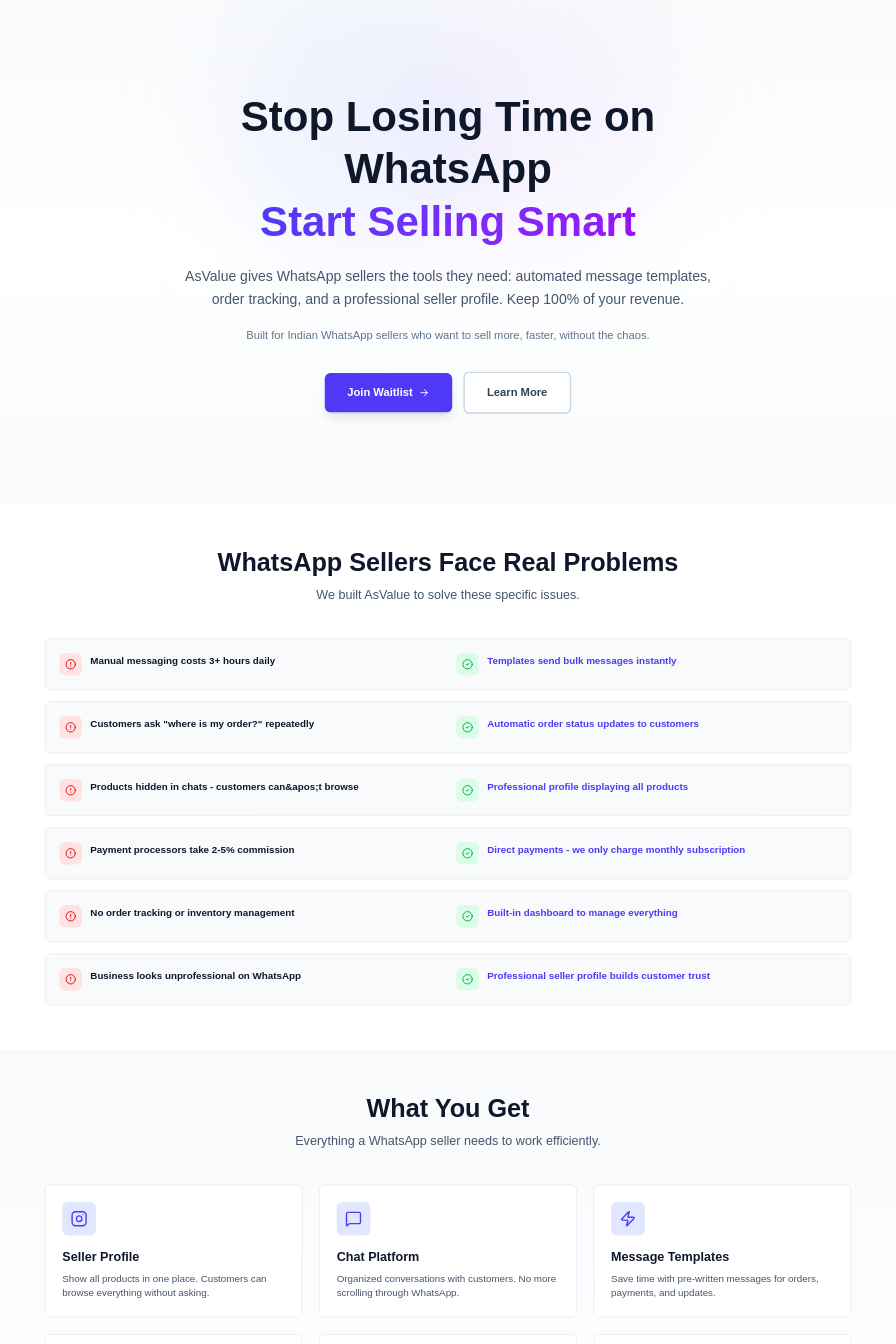
Repository: vikkii2005/asvalue-waitlist
Page: /
An editor plug-in stored every save of this project. The page is shown before and after the next save, followed by the edit.
The browser window is 1280 px wide. The pictures show the part of the page from y = 0 to 1920 px (the page is 2998 px tall before and 3140 px after), at 70% of full size.
The page's requests for data from a server got no answer. The project was rebuilt for these pictures with package versions that can differ from the ones it lists, and the page was loaded fresh each time. The framework's server and built-in components were replaced by stand-ins that run in the browser. No one was signed in, and anything a server would have sent is missing. Also part of the build but not shown: next.config.ts, components/ReferralDashboard.tsx.

Above is the page before, as saved 2025-10-31 09:11:30.

After the next save:
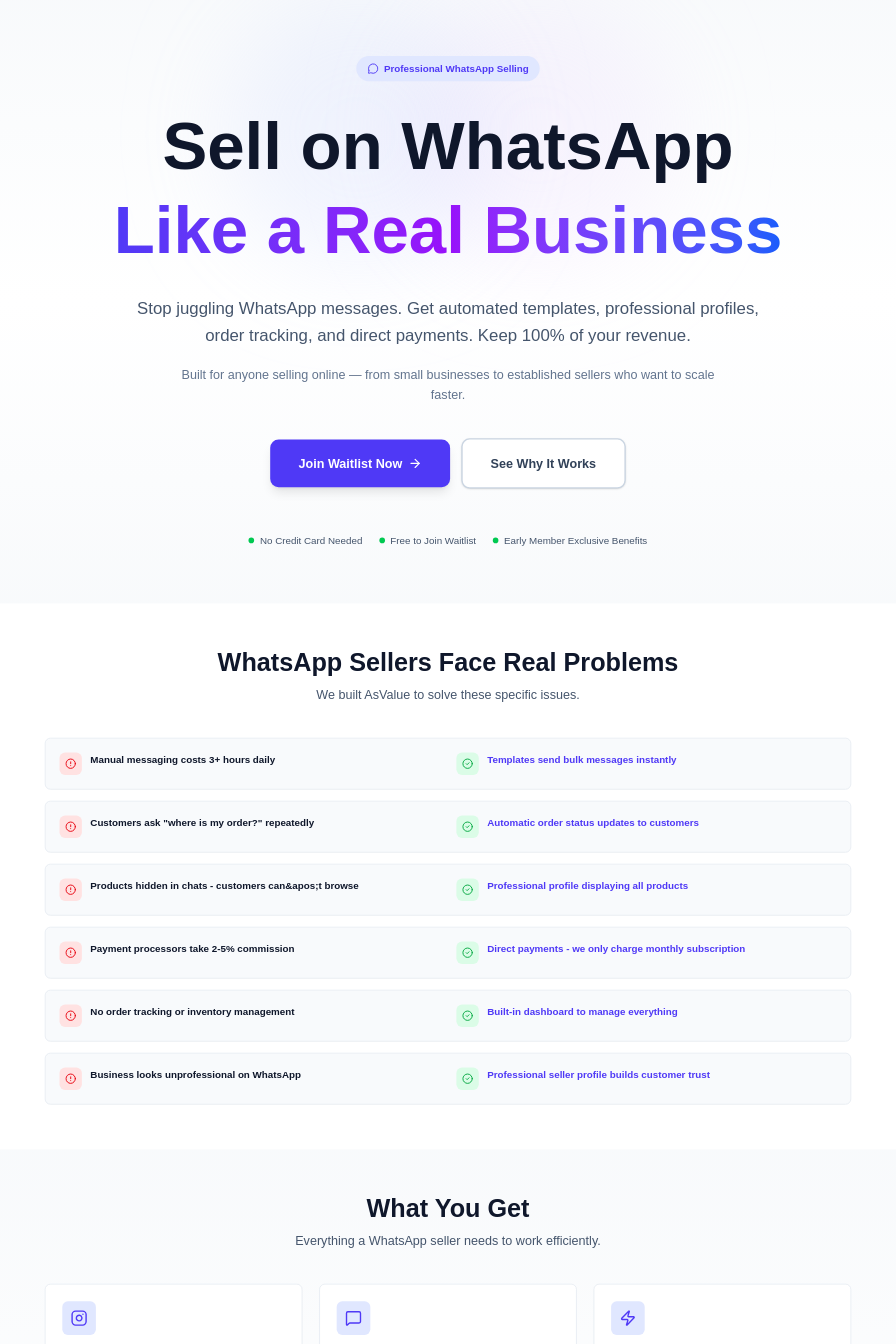
Saved 10 s later.
--- a/components/Hero.tsx
+++ b/components/Hero.tsx
@@ -1,48 +1,69 @@
 'use client'
 
-import { ArrowRight } from 'lucide-react'
+import { ArrowRight, MessageCircle } from 'lucide-react'
 
 export default function Hero() {
   return (
-    <section className="relative min-h-screen flex items-center justify-center bg-linear-to-b from-slate-50 via-white to-slate-50 px-4 overflow-hidden">
+    <section className="relative min-h-screen flex items-center justify-center bg-linear-to-b from-slate-50 via-white to-slate-50 px-4 py-20 overflow-hidden">
       {/* Background Gradient Orbs */}
       <div className="absolute top-0 left-1/4 w-96 h-96 bg-indigo-200 rounded-full mix-blend-multiply filter blur-3xl opacity-20 animate-blob"></div>
       <div className="absolute top-0 right-1/4 w-96 h-96 bg-purple-200 rounded-full mix-blend-multiply filter blur-3xl opacity-20 animate-blob animation-delay-2000"></div>
 
-      <div className="relative max-w-6xl mx-auto">
+      <div className="relative max-w-6xl mx-auto w-full">
         {/* Main Content */}
-        <div className="text-center max-w-4xl mx-auto">
-          <h1 className="text-5xl md:text-6xl font-bold text-slate-900 mb-6 leading-tight">
-            Stop Losing Time on WhatsApp
+        <div className="text-center max-w-5xl mx-auto">
+          <div className="inline-flex items-center gap-2 bg-indigo-100 px-4 py-2 rounded-full mb-8">
+            <MessageCircle className="w-4 h-4 text-indigo-600" />
+            <span className="text-sm font-semibold text-indigo-600">Professional WhatsApp Selling</span>
+          </div>
+
+          <h1 className="text-6xl md:text-7xl lg:text-8xl font-bold text-slate-900 mb-8 leading-tight">
+            Sell on WhatsApp
             <br />
-            <span className="bg-linear-to-r from-indigo-600 to-purple-600 bg-clip-text text-transparent">
-              Start Selling Smart
+            <span className="bg-linear-to-r from-indigo-600 via-purple-600 to-blue-600 bg-clip-text text-transparent">
+              Like a Real Business
             </span>
           </h1>
 
-          <p className="text-lg md:text-xl text-slate-600 mb-6 max-w-3xl mx-auto leading-relaxed">
-            AsValue gives WhatsApp sellers the tools they need: automated message templates, order tracking, and a professional seller profile. Keep 100% of your revenue.
+          <p className="text-lg md:text-2xl text-slate-600 mb-6 max-w-4xl mx-auto leading-relaxed">
+            Stop juggling WhatsApp messages. Get automated templates, professional profiles, order tracking, and direct payments. Keep 100% of your revenue.
           </p>
 
-          <p className="text-base text-slate-500 mb-10 max-w-2xl mx-auto">
-            Built for Indian WhatsApp sellers who want to sell more, faster, without the chaos.
+          <p className="text-lg text-slate-500 mb-12 max-w-3xl mx-auto">
+            Built for anyone selling online — from small businesses to established sellers who want to scale faster.
           </p>
 
           {/* CTA Buttons */}
-          <div className="flex flex-col sm:flex-row items-center justify-center gap-4">
+          <div className="flex flex-col sm:flex-row items-center justify-center gap-4 mb-16">
             <button
               onClick={() => document.getElementById('waitlist-form')?.scrollIntoView({ behavior: 'smooth' })}
-              className="group bg-indigo-600 hover:bg-indigo-700 text-white px-8 py-4 rounded-lg font-semibold text-base flex items-center gap-2 transition-all shadow-lg hover:shadow-xl"
+              className="group bg-indigo-600 hover:bg-indigo-700 text-white px-10 py-5 rounded-xl font-semibold text-lg flex items-center gap-2 transition-all shadow-lg hover:shadow-xl transform hover:scale-105"
             >
-              Join Waitlist
-              <ArrowRight className="w-4 h-4 group-hover:translate-x-1 transition-transform" />
+              Join Waitlist Now
+              <ArrowRight className="w-5 h-5 group-hover:translate-x-1 transition-transform" />
             </button>
             <button
-              onClick={() => document.getElementById('features')?.scrollIntoView({ behavior: 'smooth' })}
-              className="bg-white hover:bg-slate-50 text-slate-700 border-2 border-slate-300 px-8 py-4 rounded-lg font-semibold text-base transition-all"
+              onClick={() => document.getElementById('problems')?.scrollIntoView({ behavior: 'smooth' })}
+              className="bg-white hover:bg-slate-50 text-slate-700 border-2 border-slate-300 px-10 py-5 rounded-xl font-semibold text-lg transition-all shadow-sm hover:shadow-md"
             >
-              Learn More
+              See Why It Works
             </button>
+          </div>
+
+          {/* Trust Indicators */}
+          <div className="flex flex-col sm:flex-row items-center justify-center gap-6 text-sm text-slate-600">
+            <div className="flex items-center gap-2">
+              <div className="w-2 h-2 bg-green-500 rounded-full"></div>
+              <span>No Credit Card Needed</span>
+            </div>
+            <div className="flex items-center gap-2">
+              <div className="w-2 h-2 bg-green-500 rounded-full"></div>
+              <span>Free to Join Waitlist</span>
+            </div>
+            <div className="flex items-center gap-2">
+              <div className="w-2 h-2 bg-green-500 rounded-full"></div>
+              <span>Early Member Exclusive Benefits</span>
+            </div>
           </div>
         </div>
       </div>
